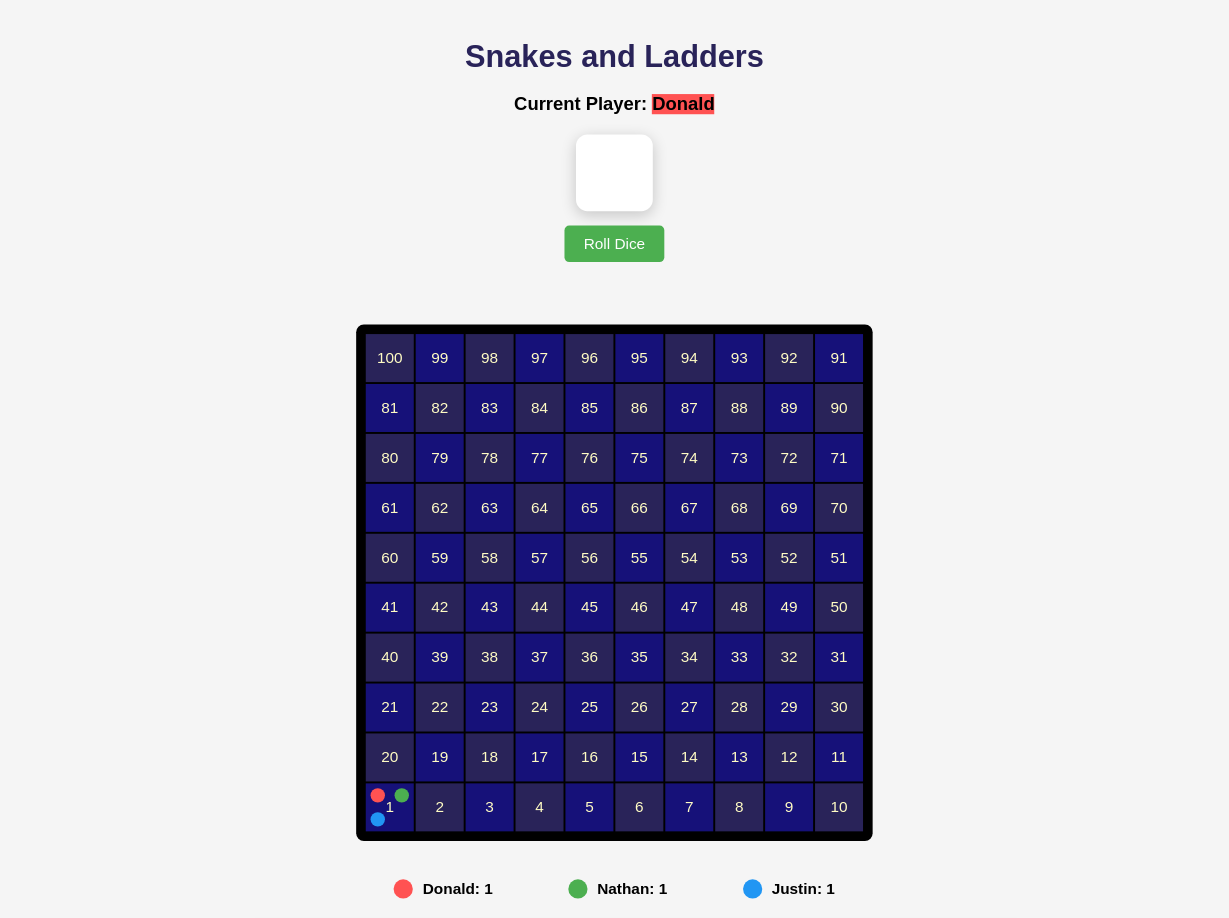
Repository: jvstingit/SnakesAndLadders
Page: index.html
An editor plug-in stored every save of this project. The page is shown before and after the next save, followed by the edit.
The browser window is 1280 px wide. The pictures show the whole page, at 96% of full size.

Above is the page before, as saved 2025-05-02 11:47:48.

After the next save:
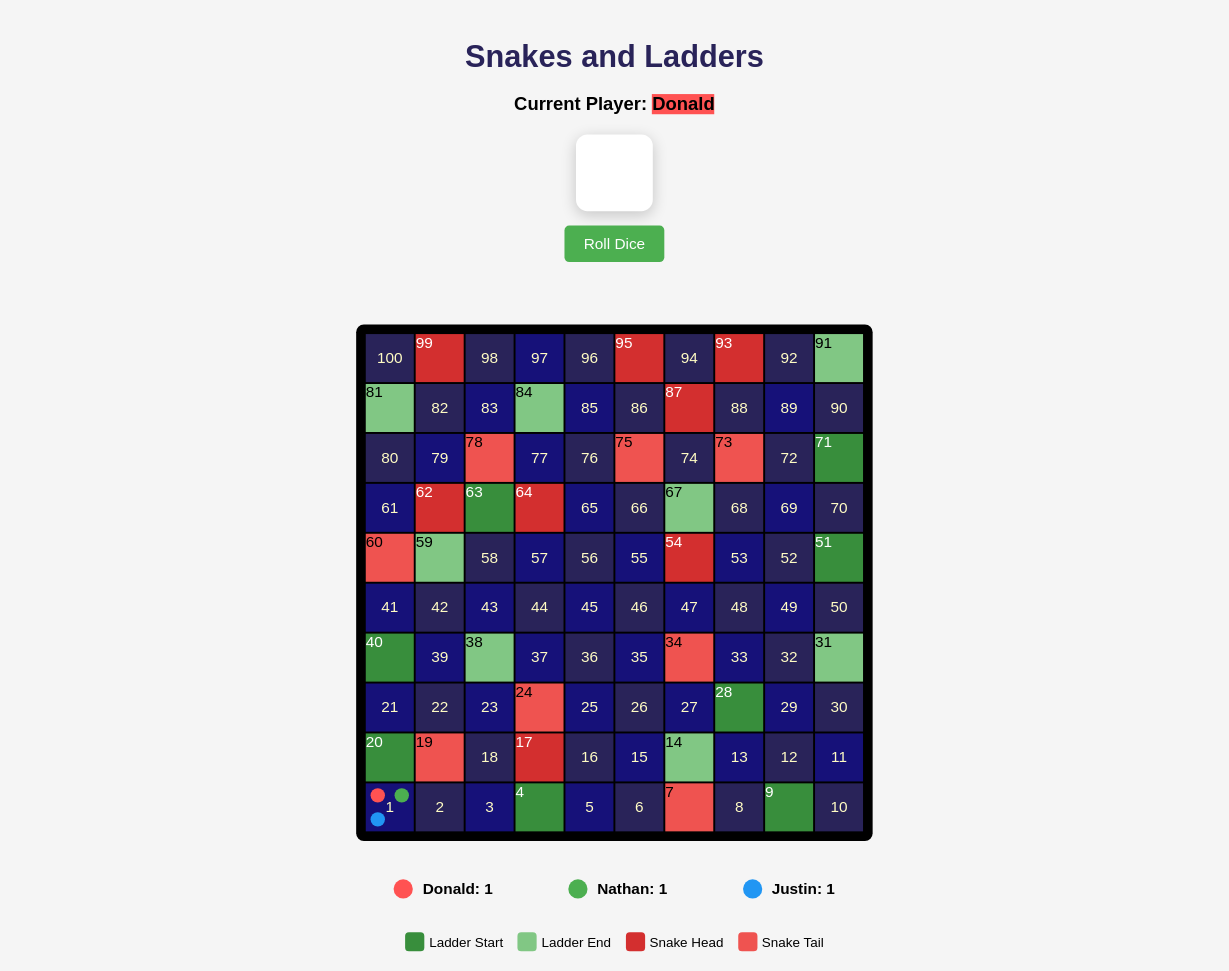
Saved 15 s later.
--- a/game.js
+++ b/game.js
@@ -43,6 +43,12 @@ document.addEventListener('DOMContentLoaded', () => {
       99: 78
     };
 
+    // Keep track of snake heads, tails, ladder starts and ends for coloring
+    const ladderStarts = [4, 9, 20, 28, 40, 51, 63, 71];
+    const ladderEnds = [14, 31, 38, 84, 59, 67, 81, 91];
+    const snakeHeads = [17, 54, 62, 64, 87, 93, 95, 99];
+    const snakeTails = [7, 34, 19, 60, 24, 73, 75, 78];
+
     // Dice patterns for dots
     const dotPatterns = {
       1: [4],
@@ -55,11 +61,94 @@ document.addEventListener('DOMContentLoaded', () => {
 
     // Initialize the game
     function initializeGame() {
+      colorSpecialTiles();
       updatePlayerPieces();
       updateCurrentPlayerDisplay();
 
       // Create snakes and ladders visual elements
       createSnakesAndLadders();
+
+      // Create a legend for special tiles
+      createLegend();
+    }
+
+    // Color special tiles (ladder starts/ends and snake heads/tails)
+    function colorSpecialTiles() {
+      // Color ladder start tiles
+      ladderStarts.forEach(position => {
+        const square = document.getElementById(`square-${position}`);
+        if (square) {
+          square.classList.add('ladder-start');
+
+          // Remove default odd/even classes to avoid style conflicts
+          square.classList.remove('square-odd', 'square-even');
+        }
+      });
+
+      // Color ladder end tiles
+      ladderEnds.forEach(position => {
+        const square = document.getElementById(`square-${position}`);
+        if (square) {
+          square.classList.add('ladder-end');
+
+          // Remove default odd/even classes to avoid style conflicts
+          square.classList.remove('square-odd', 'square-even');
+        }
+      });
+
+      // Color snake head tiles
+      snakeHeads.forEach(position => {
+        const square = document.getElementById(`square-${position}`);
+        if (square) {
+          square.classList.add('snake-head');
+
+          // Remove default odd/even classes to avoid style conflicts
+          square.classList.remove('square-odd', 'square-even');
+        }
+      });
+
+      // Color snake tail tiles
+      snakeTails.forEach(position => {
+        const square = document.getElementById(`square-${position}`);
+        if (square) {
+          square.classList.add('snake-tail');
+
+          // Remove default odd/even classes to avoid style conflicts
+          square.classList.remove('square-odd', 'square-even');
+        }
+      });
+    }
+
+    // Create legend for special tiles
+    function createLegend() {
+      const gameContainer = document.querySelector('.game-container');
+      const legend = document.createElement('div');
+      legend.className = 'legend';
+
+      // Create legend items
+      const legendItems = [
+        { class: 'ladder-start-color', label: 'Ladder Start' },
+        { class: 'ladder-end-color', label: 'Ladder End' },
+        { class: 'snake-head-color', label: 'Snake Head' },
+        { class: 'snake-tail-color', label: 'Snake Tail' }
+      ];
+
+      legendItems.forEach(item => {
+        const legendItem = document.createElement('div');
+        legendItem.className = 'legend-item';
+
+        const colorBox = document.createElement('div');
+        colorBox.className = `legend-color ${item.class}`;
+
+        const label = document.createElement('span');
+        label.textContent = item.label;
+
+        legendItem.appendChild(colorBox);
+        legendItem.appendChild(label);
+        legend.appendChild(legendItem);
+      });
+
+      gameContainer.appendChild(legend);
     }
 
     // Create visual elements for snakes and ladders
@@ -75,14 +164,12 @@ document.addEventListener('DOMContentLoaded', () => {
           // It's a ladder
           const ladder = document.createElement('div');
           ladder.className = 'ladder';
-          ladder.style.borderLeft = '5px solid green';
           positionConnector(startSquare, endSquare, ladder);
           board.appendChild(ladder);
         } else {
           // It's a snake
           const snake = document.createElement('div');
           snake.className = 'snake';
-          snake.style.borderLeft = '5px solid red';
           positionConnector(endSquare, startSquare, snake);
           board.appendChild(snake);
         }
